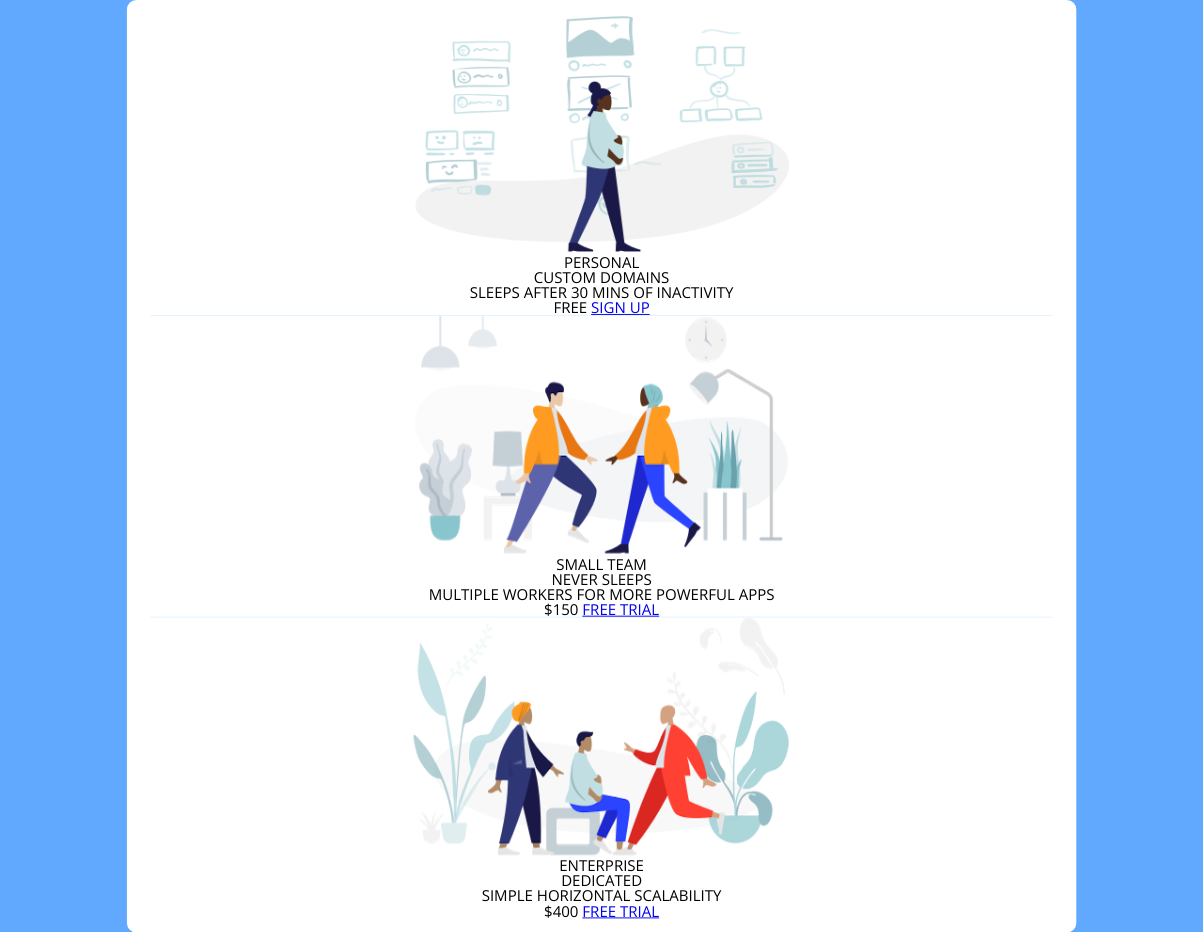
Repository: patrik-fredlund/pricing_panel_udemy
Page: PriceTableStarter/index.html
These files come from the project's save history. The page is drawn as it stood at one moment and after the next save; the edit follows.
The browser window is 1280 px wide. The pictures show the whole page, at 94% of full size.

Above is the page before, as saved 2021-06-27 13:24:19.

After the next save:
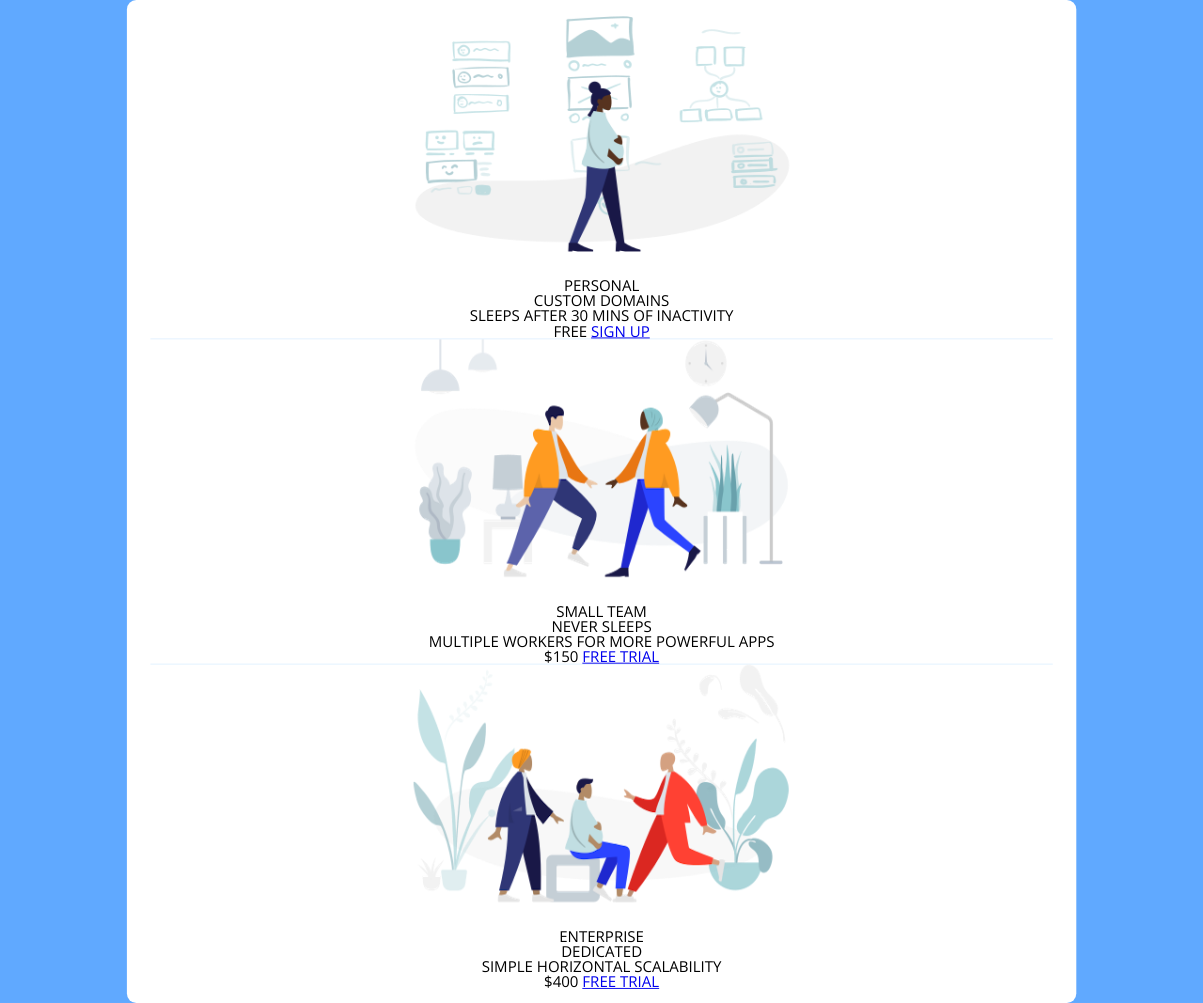
Saved 82 s later.
--- a/PriceTableStarter/app.css
+++ b/PriceTableStarter/app.css
@@ -84,3 +84,7 @@ body {
 .pricing-plan:last-child {
     border-bottom: none;
 }
+
+.pricing-img {
+    margin-bottom: 25px;
+}
